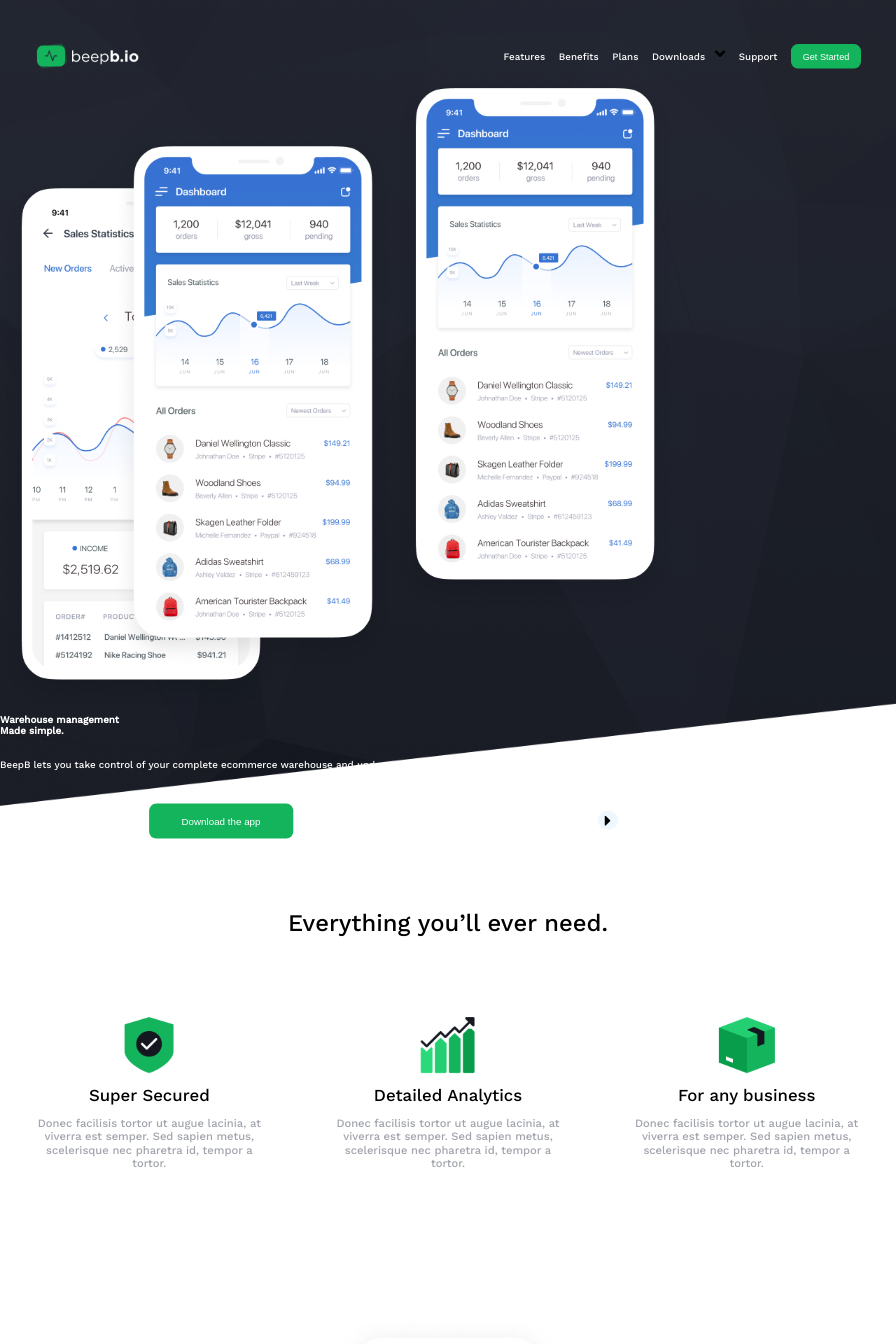
Repository: thinhnguyen347/thinhnguyen347.github.io
Page: cut-html-css/index.html
These files come from the project's save history. The page is drawn as it stood at one moment and after a run of saves; the edit follows.
The browser window is 1280 px wide. The pictures show the part of the page from y = 0 to 1920 px (the page is 4906 px tall), at 70% of full size.

Above is the page before, as saved 2021-11-10 19:25:58.

After the next 2 saves:
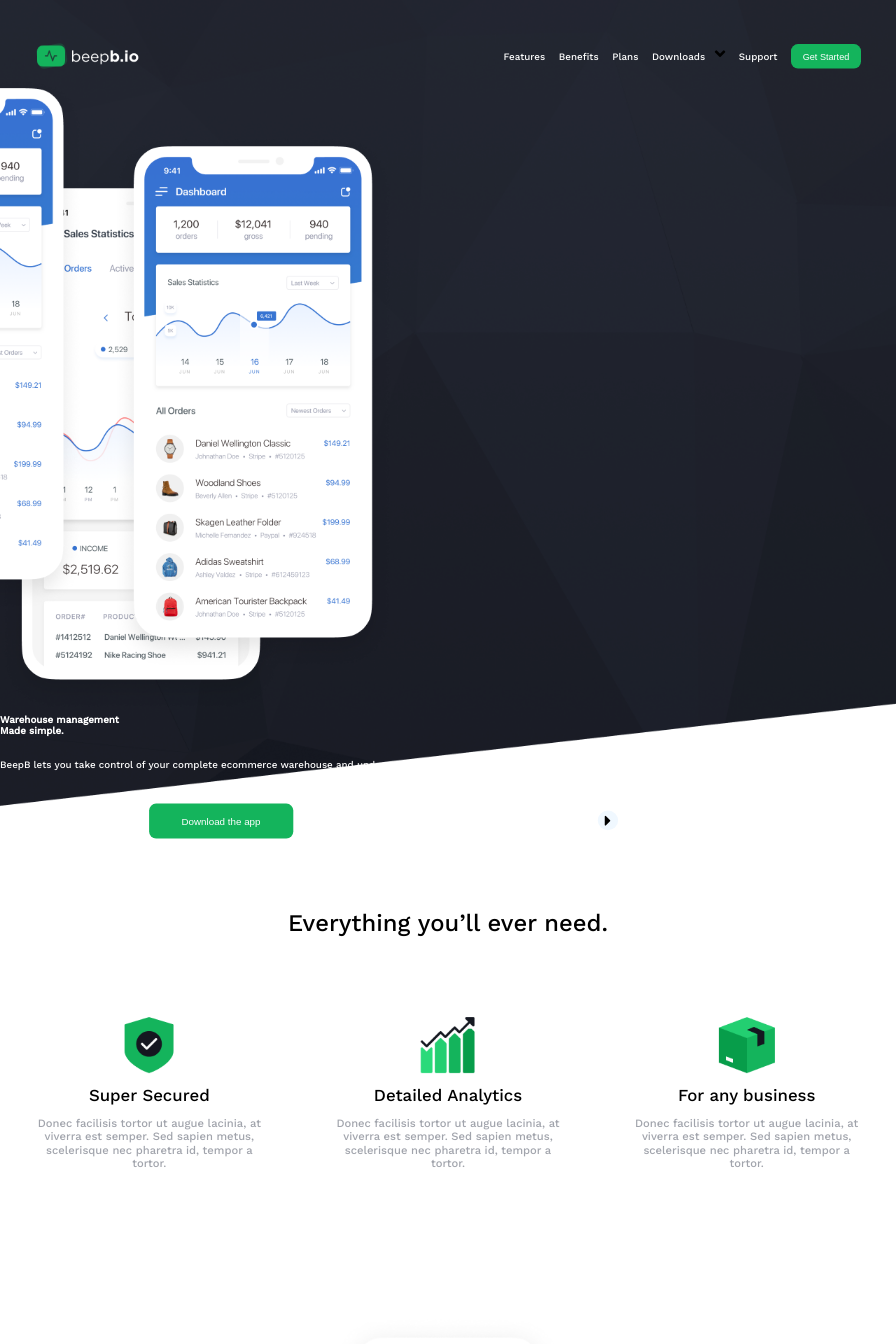
The 2 saves are shown as one change because they came seconds apart.
The last was saved 8 s later.
--- a/cut-html-css/css/style.css
+++ b/cut-html-css/css/style.css
@@ -156,7 +156,7 @@ li.menuitem:hover .drop-down {
 .iphone-x2{
   position: absolute;
   top:-10%;
-
+  left: -50%;
 }
 
 .download {
